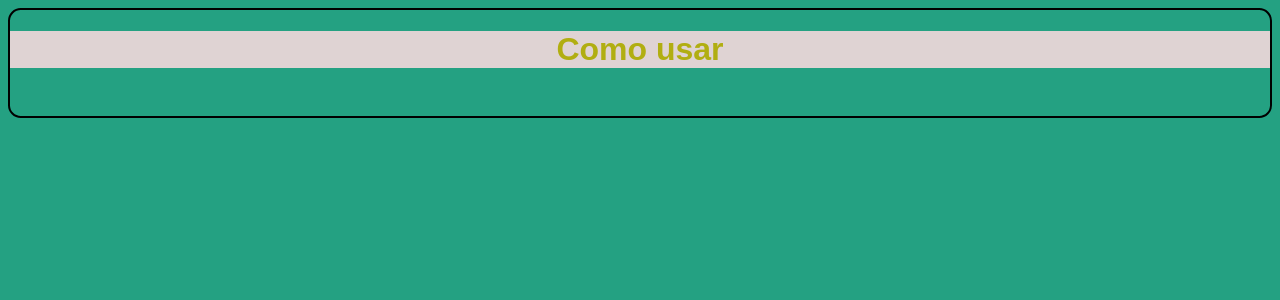
Repository: batmit/FutureFundation.github.io-1
Page: menu/chat.html
The author's editor kept a copy of each file at every save. The page is drawn from the files as they stood at one save, then again after the next save.
The browser window is 1280 px wide. The pictures show the whole page.

Above is the page before, as saved 2021-09-03 15:29:37.

After the next save:
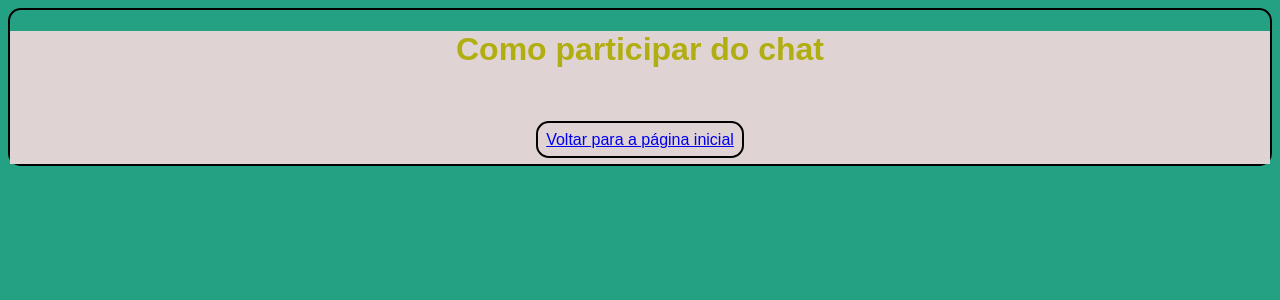
Saved 39 s later.
--- a/menu/chat.html
+++ b/menu/chat.html
@@ -11,9 +11,12 @@
     <div id="all">
         <header>
             <h1>
-                Como usar
+                Como participar do chat
             </h1>
         </header>
+
+
+        <a href="/index.html">Voltar para a página inicial</a>
     </div>
 </body>
 </html>
